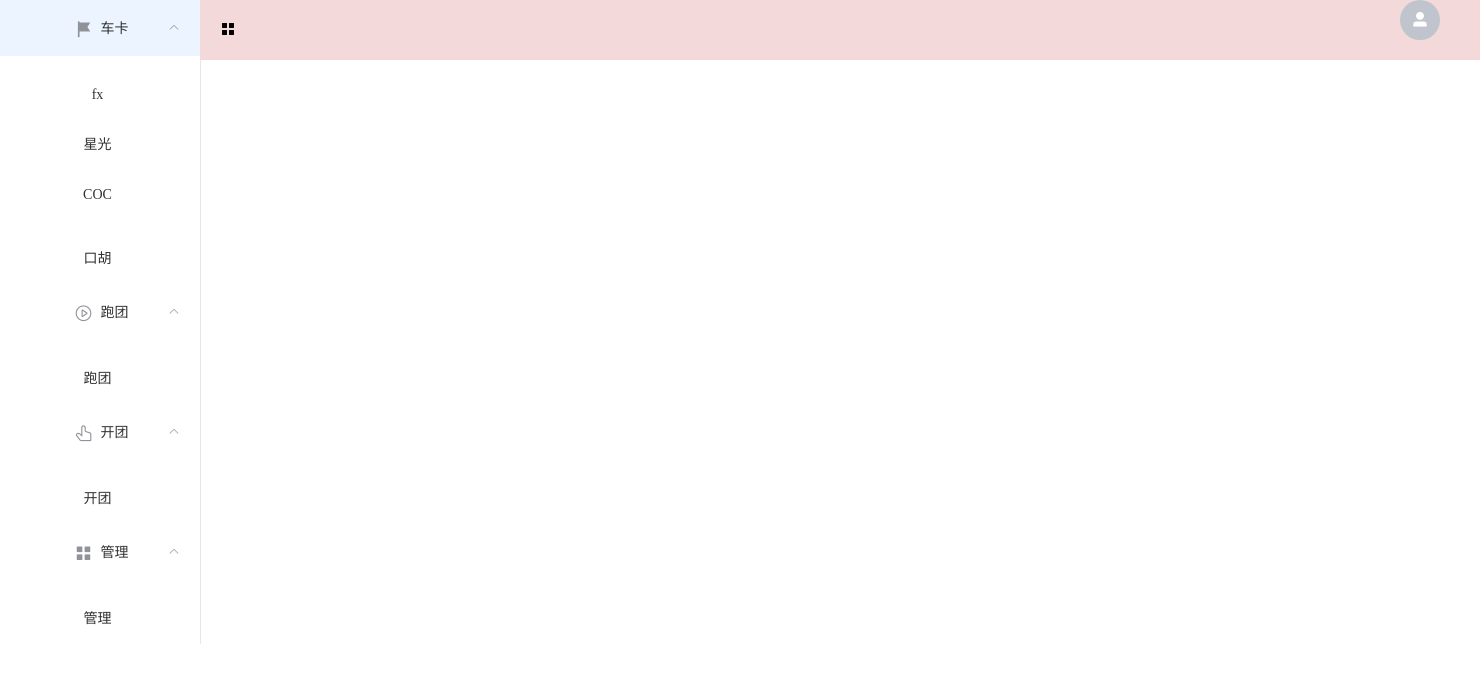
Repository: redlout/ptgkd
Page: /
The author's editor kept a copy of each file at every save. The page is drawn from the files as they stood at one save, then again after the next save.
The browser window is 1280 px wide. The page is 1480 px wide, so the pictures cover 1480 px, including what lies to the right of the window. The pictures show the whole page.
The project was rebuilt for these pictures with package versions that can differ from the ones it lists, and the page was loaded fresh each time. Also part of the build but not shown: src/mock/mock.js, src/views/Login.vue, src/components/SvgIcon/index.vue.

Above is the page before, as saved 2019-09-02 21:12:35.

### index.html
<!DOCTYPE html>
<html>
  <head>
    <meta charset="utf-8">
    <meta name="viewport" content="width=device-width,initial-scale=1.0">
    <title>ptgkd</title>
  </head>
  <body>
    <div id="app"></div>
    <!-- built files will be auto injected -->
  </body>
</html>

<style>
body{
  margin:0;
  padding:0;
}
</style>

### src/main.js
// import '@/styles/index.scss'
// import 'normalize.css/normalize.css'
import Vue from 'vue'
import App from './App'
import router from './router'

import ElementUI from 'element-ui'
import 'element-ui/lib/theme-chalk/index.css'
import api from './http/index'
import './icons'
import store from './store'

Vue.config.productionTip = false
Vue.use(ElementUI);
Vue.use(api);

// Vue.use(api)
/* eslint-disable no-new */
new Vue({
  el: '#app',
  router,
  store,
  render: h => h(App)
})

### src/router/index.js
import Vue from 'vue'
import Router from 'vue-router'
import HelloWorld from '@/views/HelloWorld'
import Login from '@/views/Login'

Vue.use(Router)

const router = new Router({
  routes: [
    {
      path: '/',
      name: 'HelloWorld',
      component: HelloWorld
    },
    {
      path: '/login',
      name: 'Login',
      component: Login
    }
  ]
})

export default router

### src/http/index.js
// 导入所有接口
import apis from './api'

const install = Vue => {
    if (install.installed)
        return;

    install.installed = true;

    Object.defineProperties(Vue.prototype, {
        // 注意，此处挂载在 Vue 原型的 $api 对象上
        $api: {
            get() {
                return apis
            }
        }
    })
}

export default install

### src/icons/index.js
import Vue from 'vue'
import SvgIcon from '@/components/SvgIcon'// svg component

// register globally
Vue.component('svg-icon', SvgIcon)

const req = require.context('./svg', false, /\.svg$/)
const requireAll = requireContext => requireContext.keys().map(requireContext)
requireAll(req)

### src/store/index.js
import Vue from 'vue'
import vuex from 'vuex'

Vue.use(vuex);
import collapse from './modules/collapse.js'
const store = new vuex.Store({
    modules: {
        collapseState: collapse,
        // menu: mymenu
        // 其他
    }
})

export default store

### src/views/HelloWorld.vue
<template>
<div class="container" >
  <el-container style="height: 100%;" direction="vertical">
    <AsideBar></AsideBar>
    <el-container>
      <HeadBar></HeadBar>
      <el-main></el-main>
    </el-container>
  </el-container>
</div>
</template>

<script>
import AsideBar from "../components/AsideBar/index";
import HeadBar from "../components/HeadBar/index";
export default {
  name: "HelloWorld",
  data() {
    return {
      isCollapse: false
    };
  },
  components: {
    AsideBar,
    HeadBar
  },
  methods: {
    logout: function() {
      var _this = this;
      this.$confirm("确认退出吗?", "提示", {
        type: "warning"
      }).then(() => {
        // sessionStorage.removeItem("user");
        this.$router.push("/login");
      });
    }
  }
};
</script>

<style scoped>
  .container {
    position:absolute;
    top: 0px;
    left: 0px;
    right: 0px;
    background: #4b5f6e;
  }
</style>

### src/http/api.js
import axios from './axios'

const login = data =>{
    return axios({
        url: '/login',
        method: 'post',
        data
    })
}

const logout = () =>{
    return axios({

    })
}

export default{
    login,
    logout
}

### src/store/modules/collapse.js
export default {
    state: {
        collapse:false  // 导航栏收缩状态
    },
    getters: {
        collapse(state){// 对应着上面state
            return collapse;
        }
    },
    mutations: {
        collapse(state){  // 改变收缩状态
            state.collapse = !state.collapse;
        }
    },
    actions: {

    }
}

### src/components/AsideBar/index.vue
<template>
  <el-aside width="initial" style="background-color: rgb(238, 241, 246) ">
    <el-menu
      :default-openeds="['1','2','3','4']"
      class="el-menu-vertical-demo"
      :collapse="$store.state.collapseState.collapse"
      @open="handleopen"
      @close="handleclose"
      @select="handleselect"
    >
      <el-submenu index="1">
        <template slot="title">
          <i class="el-icon-s-flag"></i>
          <span slot="title">车卡</span>
        </template>
        <el-menu-item-group>
          <el-menu-item index="1-1">fx</el-menu-item>
          <el-menu-item index="1-2">星光</el-menu-item>
          <el-menu-item index="1-3">COC</el-menu-item>
        </el-menu-item-group>
        <el-menu-item-group>
          <el-menu-item index="1-1">口胡</el-menu-item>
        </el-menu-item-group>
      </el-submenu>
      <el-submenu index="2">
        <template slot="title">
          <i class="el-icon-video-play"></i>
          <span slot="title">跑团</span>
        </template>
        <el-menu-item-group>
          <el-menu-item index="2-1">跑团</el-menu-item>
        </el-menu-item-group>
      </el-submenu>
      <el-submenu index="3">
        <template slot="title">
          <i class="el-icon-thumb"></i>
          <span slot="title">开团</span>
        </template>
        <el-menu-item-group>
          <el-menu-item index="3-1">开团</el-menu-item>
        </el-menu-item-group>
      </el-submenu>
      <el-submenu index="4">
        <template slot="title">
          <i class="el-icon-menu"></i>
          <span slot="title">管理</span>
        </template>
        <el-menu-item-group>
          <el-menu-item index="3-1">管理</el-menu-item>
        </el-menu-item-group>
      </el-submenu>
    </el-menu>
  </el-aside>
</template>


<script>
export default {
  name: "AsideBar",
  data() {
    return {
      isCollapse: false,
      logo: ""
    };
  },
  methods: {
    handleopen() {
      console.log("handleopen");
    },
    handleclose() {
      console.log("handleclose");
    },
    handleselect(a, b) {
      console.log("handleselect");
    }
  }
};
</script>

<style>
.el-aside {
  background-color: #d3dce6;
  color: #333;
  text-align: center;
  line-height: 10px;
  position: absolute;
}
  .el-menu-vertical-demo:not(.el-menu--collapse) {
    width: 200px;
    min-height: 400px;
  }

    .menu-bar-width {
    width: 200px;
  }
  .menu-bar-collapse-width {
    width: 65px;
  }
</style>

### src/components/HeadBar/index.vue
<template>
  <el-header :class="$store.state.collapseState.collapse?'menu-bar-collapse-width':'menu-bar-width'">
    <div >
    <span @click="Oncollapse">
      <i class="el-icon-menu"></i>
    </span>

    <el-dropdown class="user-info-dropdown" trigger="hover">
      <el-avatar icon="el-icon-user-solid"></el-avatar>
      <el-dropdown-menu slot="dropdown">
        <el-dropdown-item>个人信息</el-dropdown-item>
        <el-dropdown-item>管理</el-dropdown-item>
        <el-dropdown-item divided @click="logout">登出</el-dropdown-item>
      </el-dropdown-menu>
    </el-dropdown>
    </div>
  </el-header>
  <!-- <el-main></el-main> -->
</template>

<script>
export default {
  data(){
    return{
      isCollapse:false,
    };
  },
  methods:{
    Oncollapse: function(){
      this.$store.commit('collapse');
    }
  }
}
</script>

<style>
.el-header {
  position: absolute;
  background-color: rgb(243, 217, 217);
  left: 200px;
  right: 0px;
  height: 60px;
  line-height: 60px;
  width: 100%
}
  .collapse-switcher {
    width: 40px;
    float: left;
    cursor: pointer;
    border-color: rgba(111, 123, 131, 0.8);
    border-left-width: 1px;
    border-left-style: solid;
    border-right-width: 1px;
    border-right-style: solid;
    color: white;
    background: #504e6180;
  }
    .menu-bar-width{
    left: 200px;
  }
    .menu-bar-collapse-width{
    left: 65px;
  }

      .user-info-dropdown {
      font-size: 20px;
      padding-right: 20px;
      color: #fff;
      cursor: pointer;
      float: right;
    }
</style>

### src/http/axios.js
import axios from 'axios';
import qs from 'qs';
import Cookies from "js-cookie";
import router from "@/router"

export default function $axios(options){
    return new Promise((resolve, reject) => {
      console.log(options)
        const instance = axios.create({
            baseURL: 'http://localhost:8080/',
            headers: {'Content-Type': 'application/json;charset=UTF-8'},
            timeout: '10000',
            transformResponse: [function (data){
            }]
        })
        // request 拦截器
        instance.interceptors.request.use(function(config){
                let token = Cookies.get('token')
                console.log(config)
                if(1){
                    config.headers.accessToken = 111
                }else{
                    //重定向到登陆页面
                    router.push('/login')
                }
                if(config.method === 'post'){
                    if(config.data.__proto__ === FormData.prototype
                        || config.url.endsWith('path')
                        || config.url.endsWith('mark')
                        || config.url.endsWith('patchs')
                        ){
                        }else{
                          config.data = qs.stringify(config.data)
                          console.log(config.data)
                        }
                    }
                    return config
                },
                function (error) {
                // 请求超时
                console.log('request:', error)
                if(error.code === 'ECONNABORTED' && error.message.indexOf('timeout') !== -1){
                    console.log('timeout 请求超时')
                }
                // 重定向到错误页面
                const errorInfo = error.response
                console.log(errorInfo)
                if(errorInfo){
                    error = errorInfo.data
                    const errorStatus = errorInfo.statue; // 404 403 500 ...
                    router.push({
                        path:  `/error/${errorStatus}`
                    })
                }
                return Promise.reject(error)
            }
        )
        console.log(11111111111111)
        instance.interceptors.response.use(function(response){
                let data;
                if(response.data == undefined){
                  data = JSON.parse(response.request.responseText)
                }else{
                    data = response.data
                }

                //根据返回的code 来进行不同的处理
                switch(data.rc){
                    case 1:
                        console.log(data.desc)
                        break;
                    case 0:
                        store.commit('changeState')
                    default:

                }
                return data
            },
            function(err){
              console.log(999999)
                if (err && err.response) {
                    switch (err.response.status) {
                      case 400:
                        err.message = '请求错误'
                        break
                      case 401:
                        err.message = '未授权，请登录'
                        break
                      case 403:
                        err.message = '拒绝访问'
                        break
                      case 404:
                        err.message = `请求地址出错: ${err.response.config.url}`
                        break
                      case 408:
                        err.message = '请求超时'
                        break
                      case 500:
                        err.message = '服务器内部错误'
                        break
                      case 501:
                        err.message = '服务未实现'
                        break
                      case 502:
                        err.message = '网关错误'
                        break
                      case 503:
                        err.message = '服务不可用'
                        break
                      case 504:
                        err.message = '网关超时'
                        break
                      case 505:
                        err.message = 'HTTP版本不受支持'
                        break
                      default:
                    }
                  }
                  console.error(err)
                  return Promise.reject(err)
            }
        )
        //请求处理
        instance(options).then(res => {
          console.log(2222222)
            resolve(res)
            return false
        }).catch(error => {
          console.log(33333)
            reject(error)
        })
        console.log(4444)
    })
}

Loaded but not shown: src/App.vue (common file)

After the next save:
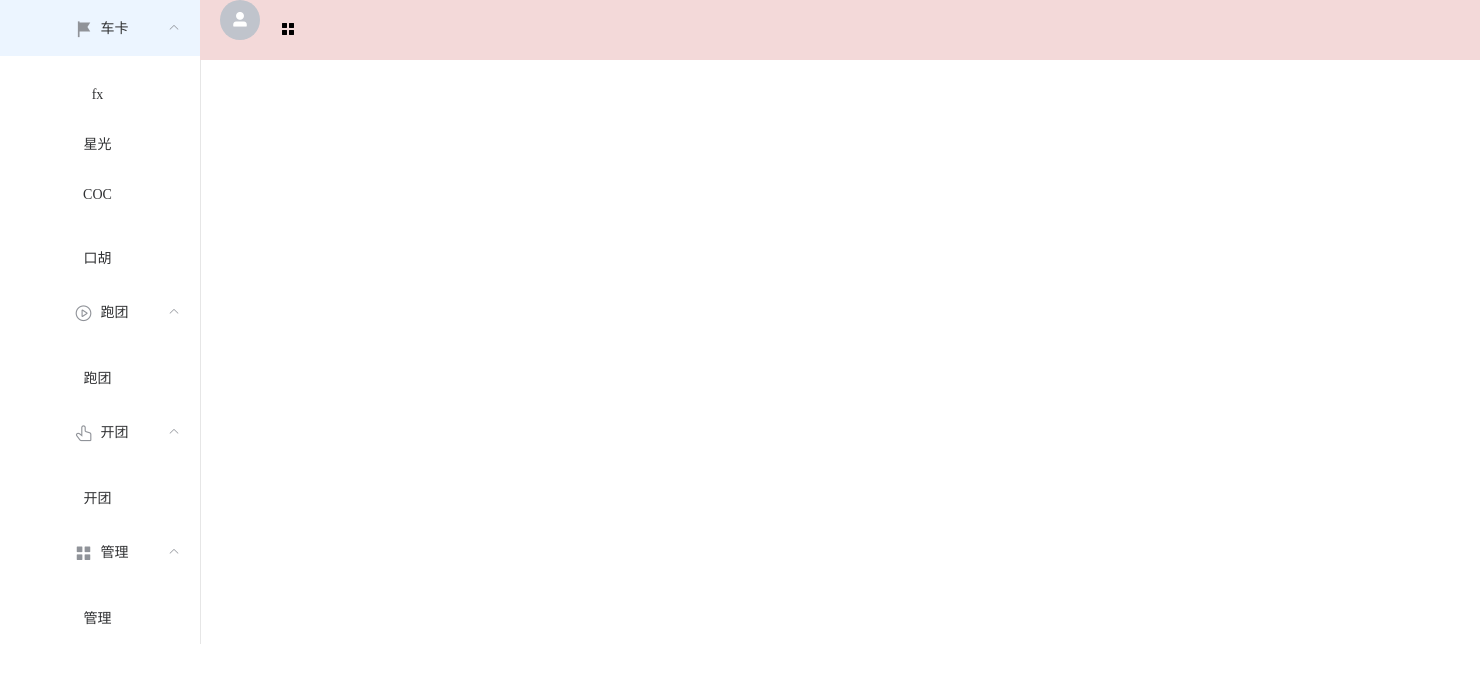
Saved 8 s later.
--- a/src/components/HeadBar/index.vue
+++ b/src/components/HeadBar/index.vue
@@ -67,6 +67,6 @@
       padding-right: 20px;
       color: #fff;
       cursor: pointer;
-      float: right;
+      float: left;
     }
 </style>

After the save that followed:
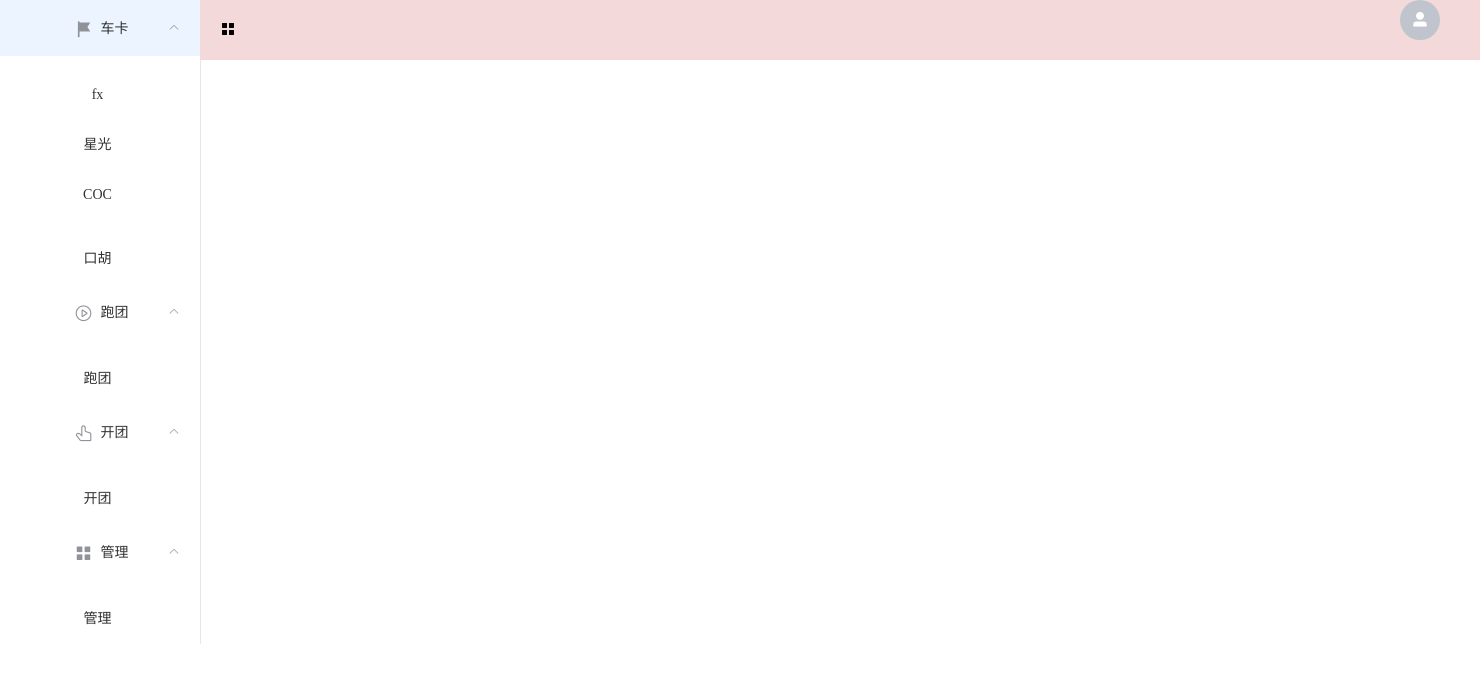
Saved 23 s later.
--- a/src/components/HeadBar/index.vue
+++ b/src/components/HeadBar/index.vue
@@ -67,6 +67,6 @@
       padding-right: 20px;
       color: #fff;
       cursor: pointer;
-      float: left;
+      float: right;
     }
 </style>
